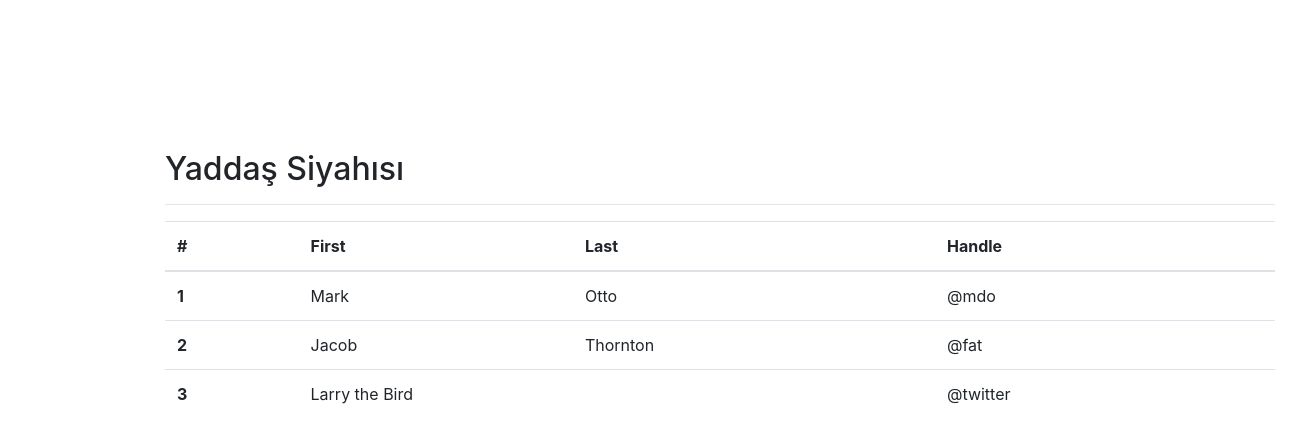
Repository: elvinyeka/ToDoApp
Page: http://localhost/
The author's editor kept a copy of each file at every save. The page is drawn from the files as they stood at one save, then again after the next save.
The browser window is 1280 px wide. The page is 1290 px wide, so the pictures cover 1290 px, including what lies to the right of the window. The pictures show the whole page.
Some web libraries are served in a nearby version. The page is served by the project's application, run on Flask 3 (todo.py).

Above is the page before, as saved 2020-09-27 19:45:09.

### templates/index.html
<!DOCTYPE html>
<html lang="en">

<head>
    <meta charset="UTF-8">
    <meta name="viewport" content="width=device-width, initial-scale=1.0">
    <link rel="stylesheet" href="https://maxcdn.bootstrapcdn.com/bootstrap/4.0.0/css/bootstrap.min.css" integrity="sha384-Gn5384xqQ1aoWXA+058RXPxPg6fy4IWvTNh0E263XmFcJlSAwiGgFAW/dAiS6JXm" crossorigin="anonymous">
    <title>ToDoApp</title>
</head>

<body>
    <div style="margin: 150px;" class="container">
        <h2>Yaddaş Siyahısı</h2>
        <hr>
        <table class="table table-hover">
            <thead>
                <tr>
                    <th scope="col">#</th>
                    <th scope="col">First</th>
                    <th scope="col">Last</th>
                    <th scope="col">Handle</th>
                </tr>
            </thead>
            <tbody>
                <tr>
                    <th scope="row">1</th>
                    <td>Mark</td>
                    <td>Otto</td>
                    <td>@mdo</td>
                </tr>
                <tr>
                    <th scope="row">2</th>
                    <td>Jacob</td>
                    <td>Thornton</td>
                    <td>@fat</td>
                </tr>
                <tr>
                    <th scope="row">3</th>
                    <td colspan="2">Larry the Bird</td>
                    <td>@twitter</td>
                </tr>
            </tbody>
        </table>
    </div>


    <script src="https://code.jquery.com/jquery-3.2.1.slim.min.js" integrity="sha384-KJ3o2DKtIkvYIK3UENzmM7KCkRr/rE9/Qpg6aAZGJwFDMVNA/GpGFF93hXpG5KkN" crossorigin="anonymous"></script>
    <script src="https://cdnjs.cloudflare.com/ajax/libs/popper.js/1.12.9/umd/popper.min.js" integrity="sha384-ApNbgh9B+Y1QKtv3Rn7W3mgPxhU9K/ScQsAP7hUibX39j7fakFPskvXusvfa0b4Q" crossorigin="anonymous"></script>
    <script src="https://maxcdn.bootstrapcdn.com/bootstrap/4.0.0/js/bootstrap.min.js" integrity="sha384-JZR6Spejh4U02d8jOt6vLEHfe/JQGiRRSQQxSfFWpi1MquVdAyjUar5+76PVCmYl" crossorigin="anonymous"></script>
</body>

</html>

### todo.py
from flask import Flask,render_template
from flask_sqlalchemy import SQLAlchemy

app = Flask(__name__)
app.config['SQLALCHEMY_DATABASE_URI'] = 'sqlite:////Users/Elvin/Desktop/ToDoApp/todo.db'
db = SQLAlchemy(app)

@app.route("/")
def index():
    return render_template("index.html")

class Todo(db.Model):

    id = db.Column(db.Integer,primary_key=True)
    title = db.Column(db.String(80))
    content = db.Column(db.Text)
    complete = db.Column(db.Boolean)


if __name__ == "__main__":
    app.run(debug=True)

After the next save:
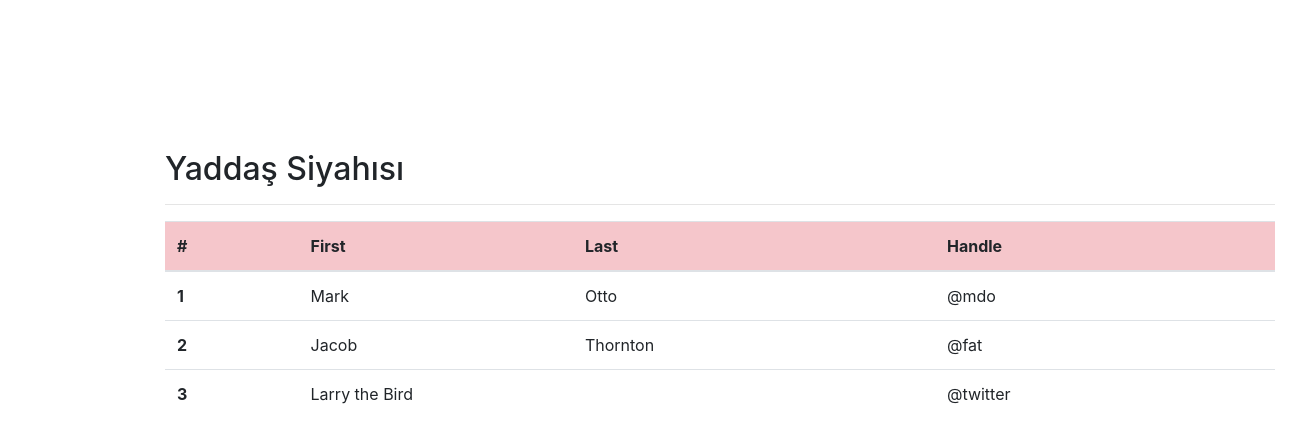
Saved 104 s later.
--- a/templates/index.html
+++ b/templates/index.html
@@ -13,7 +13,7 @@
         <h2>Yaddaş Siyahısı</h2>
         <hr>
         <table class="table table-hover">
-            <thead>
+            <thead class="table-danger">
                 <tr>
                     <th scope="col">#</th>
                     <th scope="col">First</th>
